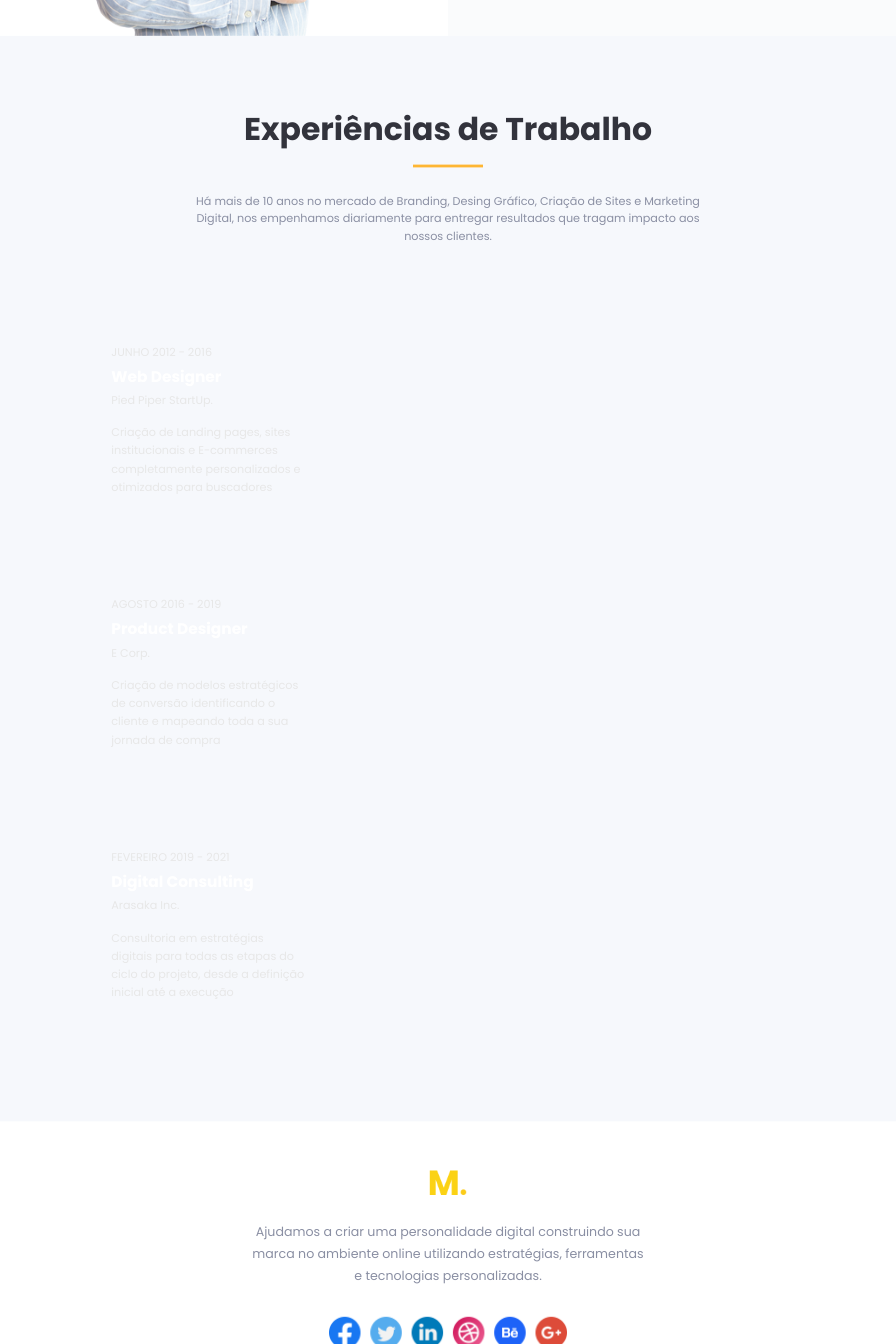
Repository: Daniells642/agencia-digital
Page: /
The author's editor kept a copy of each file at every save. The page is drawn from the files as they stood at one save, then again after the next save.
The browser window is 1280 px wide. The pictures show the part of the page from y = 633 to 2553 px (the page is 2677 px tall), at 70% of full size.
The project was rebuilt for these pictures with package versions that can differ from the ones it lists, and the page was loaded fresh each time.

Above is the page before, as saved 2022-12-02 22:25:57.

### public/index.html
<!DOCTYPE html>
<html lang="pt-br">
  <head>
    <meta charset="utf-8" />
    <link rel="icon" href="assets/logo.png" />
    <meta name="viewport" content="width=device-width, initial-scale=1" />
    <meta name="theme-color" content="#000000" />
    <meta name="description"content="Web site created using create-react-app"/>
    <link rel="apple-touch-icon" href="%PUBLIC_URL%/logo192.png" />
    <link rel="manifest" href="%PUBLIC_URL%/manifest.json" />
    <link rel="preconnect" href="https://fonts.googleapis.com">
    <link rel="preconnect" href="https://fonts.gstatic.com" crossorigin>
    <link href="https://fonts.googleapis.com/css2?family=Poppins:wght@400;500;600;700;800;900&display=swap" rel="stylesheet">
    <title>Agência Digital</title>

  </head>
  <body>
    <noscript>You need to enable JavaScript to run this app.</noscript>
    <div id="root"></div>
    <!--
      This HTML file is a template.
      If you open it directly in the browser, you will see an empty page.

      You can add webfonts, meta tags, or analytics to this file.
      The build step will place the bundled scripts into the <body> tag.

      To begin the development, run `npm start` or `yarn start`.
      To create a production bundle, use `npm run build` or `yarn build`.
    -->
  </body>
</html>

### src/App.js
import Rodape from "./componentes/Rodape";
import SecaoExperienciaTrabalho from "./componentes/SecaoExperienciaTrabalho";
import Topo from "./componentes/Topo";
import SecaoBanner from "./componentes/SecaoBanner";
import "./App.css";
import React, { useState } from 'react';



function App() {

  const [ehTemaEscuro, setTemaEscuro] = useState(false)

  const alterarTema = () => {
    setTemaEscuro(!ehTemaEscuro)
  }

  return (
    <main>
      <Topo alterarTema={alterarTema} ehTemaEscuro={ehTemaEscuro} />
      <SecaoBanner ehTemaEscuro={ehTemaEscuro} />
      <SecaoExperienciaTrabalho ehTemaEscuro={ehTemaEscuro} />
      <Rodape ehTemaEscuro={ehTemaEscuro} />
    </main>
  );
}

export default App;

### src/componentes/Rodape/index.jsx
import "./style.css";
import Logo from '../../assets/logo.png';
import iconeFacebook from '../../assets/facebook.png';
import iconeTwitter from '../../assets/twitter.png';
import iconeLinkedin from '../../assets/linkedin.png';
import iconeDribble from '../../assets/dribble.png';
import iconeBehance from '../../assets/behance.png';
import iconeGooglePlus from '../../assets/google-plus.png';

export default function Rodape(props) {

  return(
    <footer className={props.ehTemaEscuro ? 'rodape-modo-escuro' : 'rodape-modo-claro'}>
      <img src={Logo} alt="logomarca"/>
      <p className="paragrafo">
        Ajudamos a criar uma personalidade digital construindo sua marca no ambiente online utilizando estratégias,
        ferramentas e tecnologias personalizadas.
      </p>
      <div className="iconesRodape">
        <img src={iconeFacebook} alt="facebook"/>
        <img src={iconeTwitter} alt="twitter"/>
        <img src={iconeLinkedin} alt="linkedin"/>
        <img src={iconeDribble} alt="dribble"/>
        <img src={iconeBehance} alt="behance"/>
        <img src={iconeGooglePlus} alt="google plus"/>
      </div>
      <div>
        <p className="copyright">Copyright 2022 &copy; <span>nome do desenvolvedor</span></p>
      </div>
    </footer>
  )
}

### src/componentes/SecaoExperienciaTrabalho/index.jsx
import './style.css';
import Card from "../Card";

export default function SecaoExperienciaTrabalho(props) {

  return (
    <section id="secaoExpDeTrab" className={props.ehTemaEscuro ? "secao-modo-escuro" : "secao-modo-claro"}>
      <div id="container-texto" className={props.ehTemaEscuro ? "container-texto-modo-escuro" : "container-texto-modo-claro"}>
        <h2>Experiências de Trabalho</h2>
        <p>
          Há mais de 10 anos no mercado de Branding, Desing Gráfico, Criação de Sites e Marketing Digital,
          nos empenhamos diariamente para entregar resultados que tragam impacto aos nossos clientes.
        </p>
      </div>
      <div className="conteiner-cards limitar-secao">
        <Card
          data="JUNHO 2012 - 2016"
          titulo="Web Designer"
          empresa="Pied Piper StartUp."
          paragrafo="Criação de Landing pages, sites institucionais e E-commerces completamente personalizados e otimizados para buscadores"
        />
        <Card
          data="AGOSTO 2016 - 2019"
          titulo="Product Designer"
          empresa="E Corp."
          paragrafo="Criação de modelos estratégicos de conversão identificando o cliente e mapeando toda a sua jornada de compra"
        />
        <Card
          data="FEVEREIRO 2019 - 2021"
          titulo="Digital Consulting"
          empresa="Arasaka Inc."
          paragrafo="Consultoria em estratégias digitais para todas as etapas do ciclo do projeto, desde a definição inicial até a execução"
        />
      </div>
    </section>
  );
}

### src/componentes/Topo/index.jsx
import './style.css';
import Logo from '../../assets/logo.png';
import iconeSol from '../../assets/sun.png';
import iconeLua from '../../assets/moon.png';

export default function Topo(props) {
    return (
      <header className={props.ehTemaEscuro ? "topo-modo-escuro" : "topo-modo-claro"}>
            <img className="logo" src={Logo} alt="logomarca"/>
            <button onClick={props.alterarTema} >
              <img className='iconesBtn' src={props.ehTemaEscuro ? iconeSol : iconeLua} alt='icone'/>
            </button>
      </header>
    );
  }

### src/componentes/SecaoBanner/index.jsx
import './style.css';

export default function SecaoBanner(props) {

  return(
    <section id="secaoBanner">
      <div id="imagemDeFundo" className={props.ehTemaEscuro ? 'fundo-modo-escuro' : 'fundo-modo-claro'}></div>
      <div className="texto-secaoBanner">
        <p>BRANDING / UI / UX / TECNOLOGIA</p>
        <h2>Agência de Branding</h2>
        <span>e design digital</span>
      </div>
    </section>
  )
}

### src/App.css
*{
  margin: 0;
  padding: 0;
  box-sizing: border-box;
  font-family: 'Poppins', sans-serif;
}

### src/componentes/Rodape/style.css
footer {
  display: flex;
  flex-direction: column;
  align-items: center;
  justify-content: center;
  padding-top: 70px;
}

.rodape-modo-claro {
  background-color: #fff;
}

.rodape-modo-escuro {
  background-color: #252525;
}

.rodape-modo-escuro .copyright {
  border-top: 1px solid #ffffff0d;
}

.paragrafo {
  padding: 0px 20px;
  font-size: 18px;
  font-weight: 300;
  color: #8a8fa3;
  max-width: 600px;
  line-height: 32px;
  text-align: center;
  margin: 36px auto 42px;
}

.iconesRodape {
  display: flex;
  justify-content: space-around;
  width: 100%;
  max-width: 375px;
  padding: 0px 10px;
  margin-bottom: 50px;
}

.iconesRodape img {
  width: 45px;
  cursor: pointer;
}

.copyright {
  width: 100%;
  font-size: 15px;
  font-weight: 300;
  line-height: 28px;
  color: #8a8fa3;
  padding: 20px 0px;
  text-align: center;
}

.copyright span {
  color: #fcc520;
}

### src/componentes/SecaoExperienciaTrabalho/style.css
#secaoExpDeTrab {
  padding: 100px 20px;
  display: flex;
  flex-direction: column;
  align-items: center;
  justify-content: center;
  background-color: #f6f8fc;
}

.secao-modo-claro {
	background-color: #f6f8fc;
}

.secao-modo-escuro {
  background-color: #393838;
}

#container-texto {
  display: flex;
  flex-direction: column;
  text-align: center;
  align-items: center;
}

#container-texto h2 {
  position: relative;
  font-size: 45px;
  font-weight: 700;
  padding-bottom: 20px;
  margin-bottom: 35px;
}

#container-texto h2::before{
  position: absolute;
  content: "";
  bottom: 0;
  left: 0;
  right: 0;
  margin: 0 auto;
  width: 100px;
  height: 4px;
  background-color: #feb633;
}

#container-texto p {
  font-size: 16px;
  font-weight: 400;
  max-width: 770px;
  margin-bottom: 70px;
}

.container-texto-modo-claro h2{
	color: #32333c;
}

.container-texto-modo-claro p {
	color: #8a8fa3;
}

.container-texto-modo-escuro {
  color: #CCCCCC;
}

.container-cards {
  display: flex;
  justify-content: center;
}

.limitar-secao {
  width: 100%;
  max-width: 1024px;
  margin: 0 auto;
}

@media screen and (max-width: 768px) {
  .container-cards {
    flex-direction: column;
  }
}

### src/componentes/Card/index.jsx
import './style.css';

export default function Card(props) {
    return (
      <div id="card" className='card-modo-escuro'>
        <p className="primeiroParagrafo">{props.data}</p>
        <h4>{props.titulo}</h4>
        <p className="segundoParagrafo">{props.empresa}</p>
        <p>{props.paragrafo}</p>
    </div>
   );
  }

### src/componentes/Topo/style.css
header {
    width: 100%;
    padding: 20px;
    display: flex;
    align-items: center;
    justify-content: space-between;
    position: fixed;
    z-index: 1;
  }

  .topo-modo-claro {
    background-color: #fff;
  }

  .topo-modo-escuro {
    background-color: #252525;
    border-bottom: 1px solid #ffffff0d;
  }

  button {
    display: flex;
    align-items: center;
    padding: 10px 10px;
    cursor: pointer;
  }

  .btn-modo-claro {
    background-color: #fff;
    border-radius: 25px;
    border: 2px solid #747272;
  }

  .btn-modo-escuro {
    background-color: #252525;
    border-radius: 25px;
    border: 2px solid #fff;
  }

  .logo {
    max-height: 35px;
  }

  .iconesBtn {
    width: 25px;
    height: 25px;
  }

### src/componentes/SecaoBanner/style.css
#secaoBanner {
  height: 95vh;
  padding-top: 90px;
  display: flex;
  position: relative;
}

#imagemDeFundo {
  width: 50%;
  background-image: url('../../assets/banner.png');
  background-position: center;
  background-repeat: no-repeat;
  background-size: cover;
  object-fit: cover;
}

.fundo-modo-claro {
	background-color: #fff;
}

.fundo-modo-escuro {
  background-color: #252525;
}

.texto-secaoBanner {
  width: 50%;
  padding: 0px 20px;
  display: flex;
  flex-direction: column;
  justify-content: center;
  background-color: #fafbfc;
}

.texto-secaoBanner p {
  font-size: 12px;
  letter-spacing: 5px;
  font-weight: 500;
  color: #022144;
}

.texto-secaoBanner h2 {
  font-size: 50px;
  font-weight: 500;
  color: #022144;
}

.texto-secaoBanner span {
  font-size: 50px;
  font-weight: 900;
  color: #022144;
}

@media screen and (max-width: 768px) {
  #imagemDeFundo {
    width: 0;
  }

  .texto-secaoBanner {
    width: 100%;
  }
}

### src/componentes/Card/style.css
#card {
    width: 33%;
    padding: 70px 30px;
    display: flex;
    flex-direction: column;
    cursor: pointer;
  }

  #card:hover{
    background-color: #feb633;
    transition: all 1s;
  }

  #card h4 {
    font-size: 22px;
    margin-bottom: 5px;
  }

  #card p {
    font-size: 16px;
    font-weight: 400;
    line-height: 26px;
  }

  .card-modo-claro {
    border: 1px solid #edecec;
  }

  .card-modo-claro h4 {
    color: #32333a;
  }

  .card-modo-claro p {
    color: #8a8fa3;
  }

  .primeiroParagrafo {
    margin-bottom: 5px;
  }

  .segundoParagrafo {
    margin-bottom: 20px;
  }

  @media screen and (max-width: 768px) {
    #card {
      width: auto;
    }
  }

/*modo escuro*/
  .card-modo-escuro {
    border: 1px solid #ffffff0d;
  }

  .card-modo-escuro h4{
    color: #ffffff;
  }

  .card-modo-escuro p {
    color: #e7e7e7;
  }

Loaded but not shown: src/index.js (common file)

After the next save:
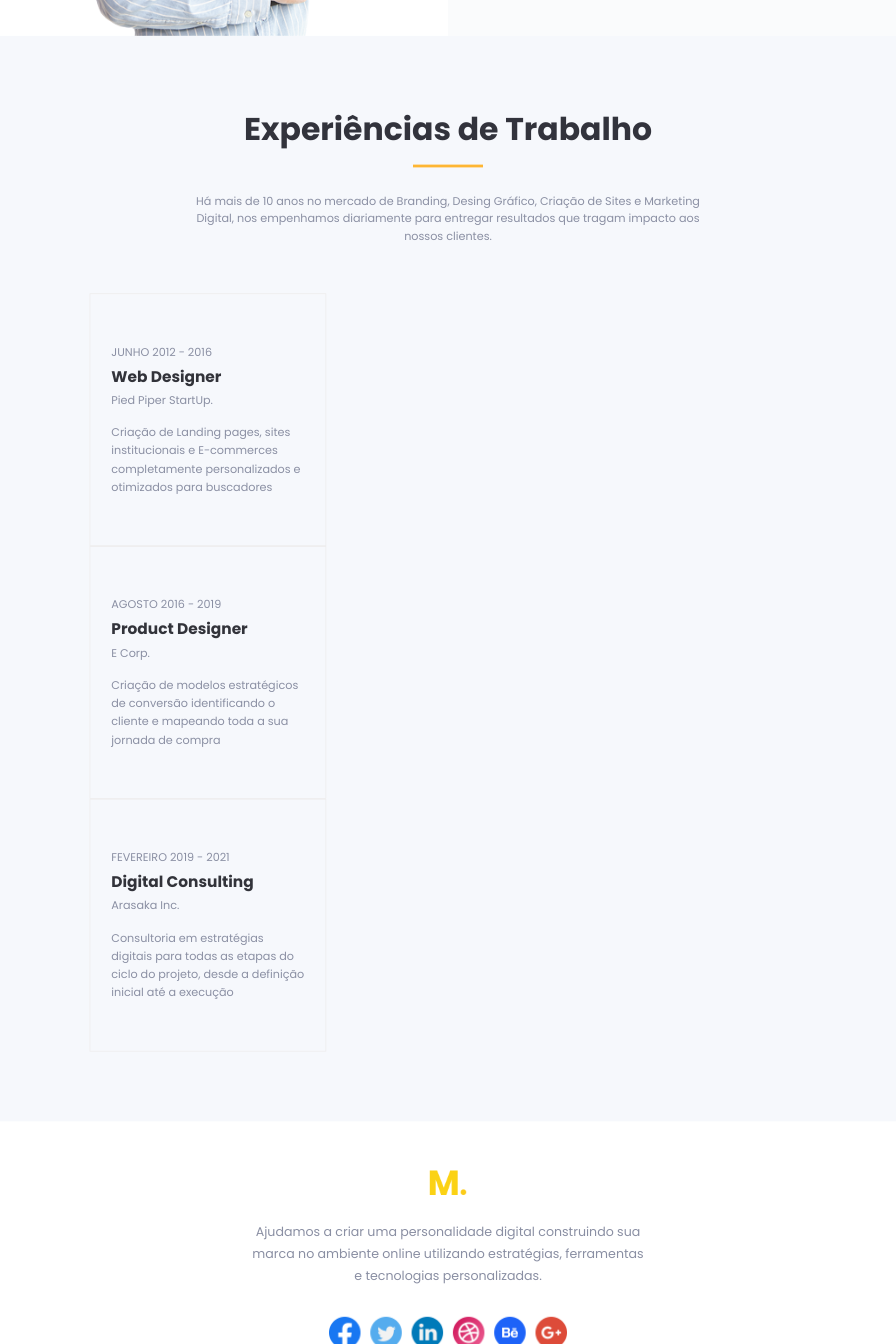
Saved 17 s later.
--- a/src/componentes/Card/index.jsx
+++ b/src/componentes/Card/index.jsx
@@ -2,7 +2,7 @@ import './style.css';
 
 export default function Card(props) {
     return (
-      <div id="card" className='card-modo-escuro'>
+      <div id="card" className='card-modo-claro'>
         <p className="primeiroParagrafo">{props.data}</p>
         <h4>{props.titulo}</h4>
         <p className="segundoParagrafo">{props.empresa}</p>
